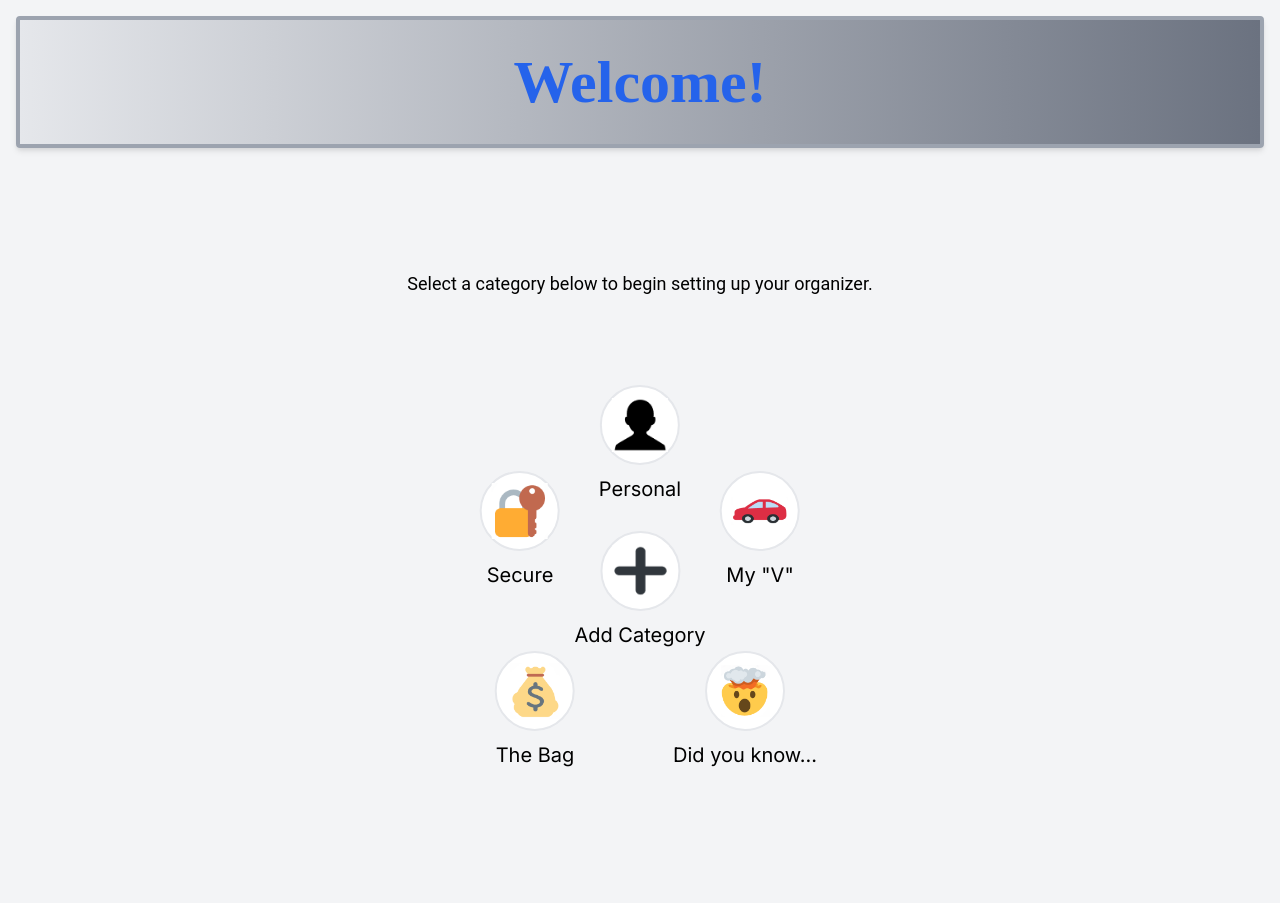
Repository: MercyB19/Russaw_Mercy_Adulting-101_Capstone
Page: page2.html
The author's editor kept a copy of each file at every save. The page is drawn from the files as they stood at one save, then again after the next save.
The browser window is 1280 px wide. The pictures show the whole page.
Some web fonts or font styles are not loaded; a fallback is used.

Above is the page before, as saved 2024-07-23 12:52:08.

### page2.html
<!DOCTYPE html>
<html lang="en">

<head>
  <meta charset="UTF-8">
  <meta name="viewport" content="width=device-width, initial-scale=1.0">
  <title>YAY Adulting</title>
  <link href="https://cdn.jsdelivr.net/npm/tailwindcss@2.2.19/dist/tailwind.min.css" rel="stylesheet">
  <link rel="stylesheet" href="https://fonts.googleapis.com/css2?family=Balsamiq+Sans:wght@400;700&display=swap">
  <link rel="stylesheet" href="https://fonts.googleapis.com/css2?family=Inter:wght@400;500;600&display=swap">
  <style>
    .pentagon-layout { /*creates a more rounded layout*/
      position: relative;
      width: 300px;
      height: 300px;
      margin: 0 auto;
    }

    .pentagon-layout div {
      position: absolute;
      text-align: center;
    }

    .personal {
     top: -15%;
      padding-bottom: 300px;
      left: 50%;
      transform: translateX(-50%);
    }

    .secure {
      top: 50%;
      left: 10%;
      transform: translate(-50%, -50%);
    }

    .add-category {
      top: 70%;
      left: 50%;
      transform: translate(-50%, -50%);
    }

    .my-v {
      top: 50%;
      right: 10%;
      transform: translate(50%, -50%);
    }

    .the-bag {
      bottom: -10%;
      left: 15%;
      transform: translate(-50%, 50%);
    }

    .did-you-know {
      bottom: -10%;
      right: 15%;
      transform: translate(50%, 50%);
    }

    .icon-title {
      margin-top: 90px;
      margin-bottom: 100px; /* Adjust as necessary to position text below icons */
    }
  </style>
</head>

<body class="bg-gray-100 flex flex-col items-center justify-center min-h-screen">
  <div class="container mx-auto p-4 flex flex-col items-center">
    <header class="w-full p-8 bg-gradient-to-r from-gray-200 to-gray-500 border-4 border-gray-400 flex flex-col items-center rounded shadow-md mb-8">
      <h1 class="text-6xl font-bold text-blue-600" style="font-family: 'Balsamiq Sans', cursive;">Welcome!</h1>
    </header>
    <div class="text-center mb-8">
      <p class="icon-title text-lg" style="font-family: 'Roboto', sans-serif;">Select a category below to begin setting up your organizer.</p>
    </div>
    <div class="pentagon-layout">
      <div class="personal flex flex-col items-center">
        <div class="w-20 h-20  flex justify-center items-center bg-white border-2  rounded-full mb-2">
          <img src="Images/Person_personal_img.png" alt="Personal" class="w-14 h-13">
        </div>
        <p class="icon-title text-xl" style="font-family: 'Inter', sans-serif;">Personal</p>
      </div>
      <div class="secure flex flex-col items-center">
        <div class="w-20 h-20 flex justify-center items-center bg-white border-2 rounded-full mb-2">
          <img src="Images/Secure_icon_img.png" alt="Secure" class="w-14 h-14">
        </div>
        <p class="icon-title text-xl" style="font-family: 'Inter', sans-serif;">Secure</p>
      </div>
      <div class="add-category flex flex-col items-center">
        <div class="w-20 h-20 flex justify-center items-center bg-white border-2 rounded-full mb-2">
          <img src="Images/Add_new_img.png" alt="Add Category" class="w-14 h-13">
        </div>
        <p class="icon-title text-xl" style="font-family: 'Inter', sans-serif;">Add Category</p>
      </div>
      <div class="my-v flex flex-col items-center">
        <div class="w-20 h-20 flex justify-center items-center bg-white border-2  rounded-full mb-2">
          <img src="Images/My_V_img.png" alt="My V" class="w-14 h-15">
        </div>
        <p class="icon-title text-xl" style="font-family: 'Inter', sans-serif;">My "V"</p>
      </div>
      <div class="the-bag flex flex-col items-center">
        <div class="w-20 h-20 flex justify-center items-center bg-white border-2 rounded-full mb-2">
          <img src="Images/The_bag_icon_img.png" alt="The Bag" class="w-13 h-14">
        </div>
        <p class="icon-title text-xl" style="font-family: 'Inter', sans-serif;">The Bag</p>
      </div>
      <div class="did-you-know flex flex-col items-center">
        <div class="w-20 h-20 flex justify-center items-center bg-white border-2 rounded-full mb-2">
          <img src="Images/did_you_know_icon.png" alt="Did you know" class="w-12 h-13">
        </div>
        <p class="icon-title text-xl" style="font-family: 'Inter', sans-serif;">Did you know...</p>
      </div>
    </div>
  </div>
</body>

</html>

After the next save:
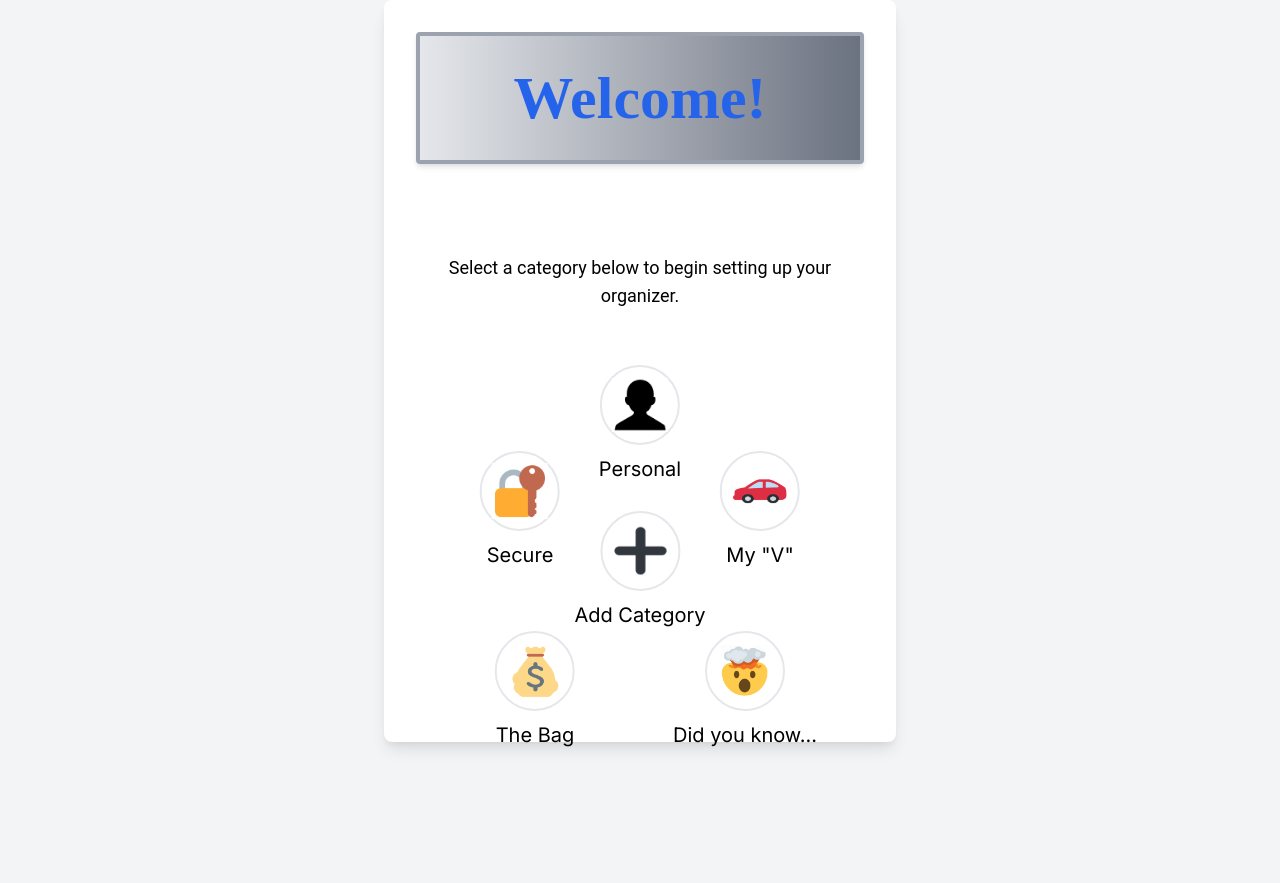
Saved 31 min 42 s later.
--- a/page2.html
+++ b/page2.html
@@ -65,8 +65,8 @@
   </style>
 </head>
 
-<body class="bg-gray-100 flex flex-col items-center justify-center min-h-screen">
-  <div class="container mx-auto p-4 flex flex-col items-center">
+<body class="bg-gray-100 flex justify-center items-center min-h-screen">
+  <div class="w-full max-w-lg p-8 bg-white rounded-lg shadow-lg">
     <header class="w-full p-8 bg-gradient-to-r from-gray-200 to-gray-500 border-4 border-gray-400 flex flex-col items-center rounded shadow-md mb-8">
       <h1 class="text-6xl font-bold text-blue-600" style="font-family: 'Balsamiq Sans', cursive;">Welcome!</h1>
     </header>
